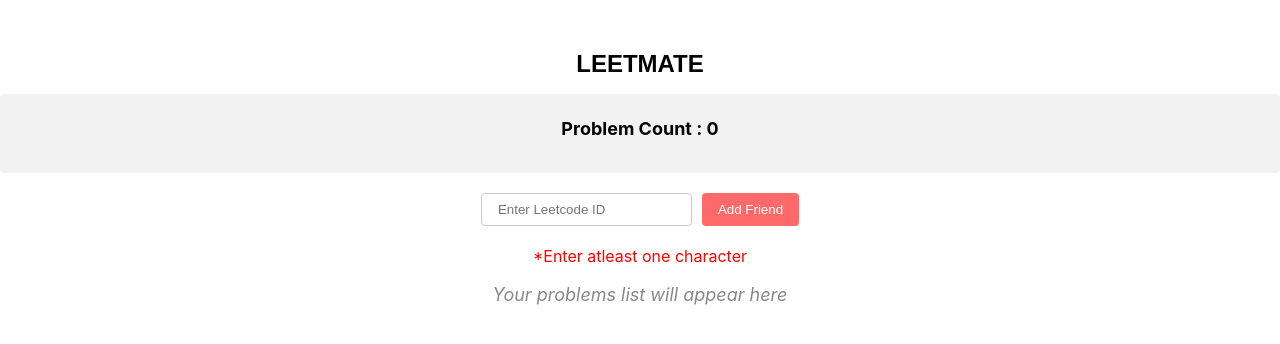
Repository: Sanketh149/leetcode-discord
Page: /
The author's editor kept a copy of each file at every save. The page is drawn from the files as they stood at one save, then again after the next save.
The browser window is 1280 px wide. The pictures show the whole page.
The project was rebuilt for these pictures with package versions that can differ from the ones it lists, and the page was loaded fresh each time. Also part of the build but not shown: src/Modal.module.css, src/Modal.js, src/Cart.module.css, src/Cart.js.

Above is the page before, as saved 2023-06-21 18:27:45.

After the next save:
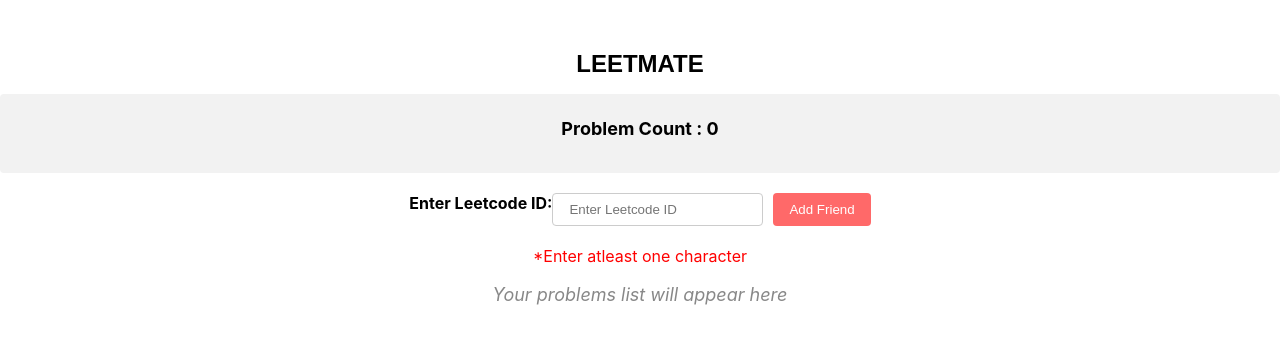
Saved 2 s later.
--- a/src/App.js
+++ b/src/App.js
@@ -86,7 +86,9 @@
         <p className="problemCount">Problem Count : {user.length}</p>
       </div>
       <form onSubmit={handleSubmit} className="app__form">
-        <label></label>
+        <label htmlFor="username" className="app__label">
+          Enter Leetcode ID:
+        </label>
         <input
           type="text"
           value={username}
